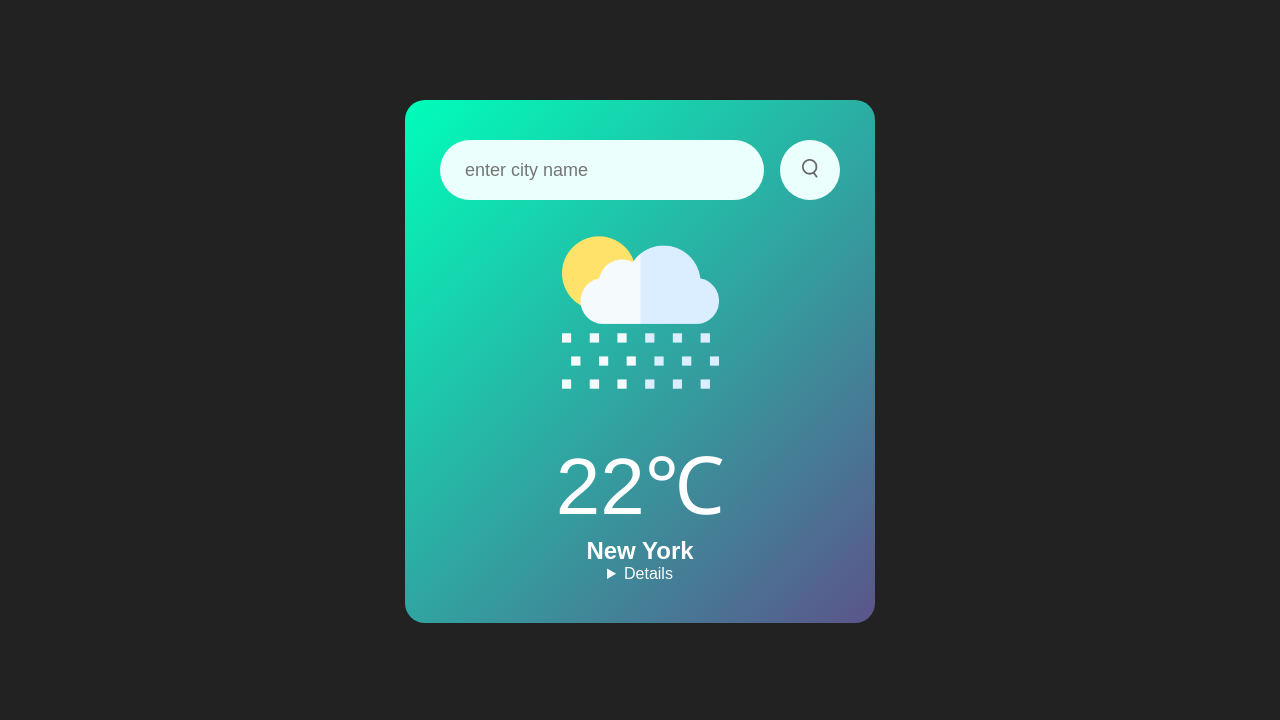
Repository: Alphosmart/weather
Page: index.html
The author's editor kept a copy of each file at every save. The page is drawn from the files as they stood at one save, then again after the next save.
The browser window is 1280 px wide. The pictures show the whole page.

Above is the page before, as saved 2024-07-17 16:41:39.

After the next save:
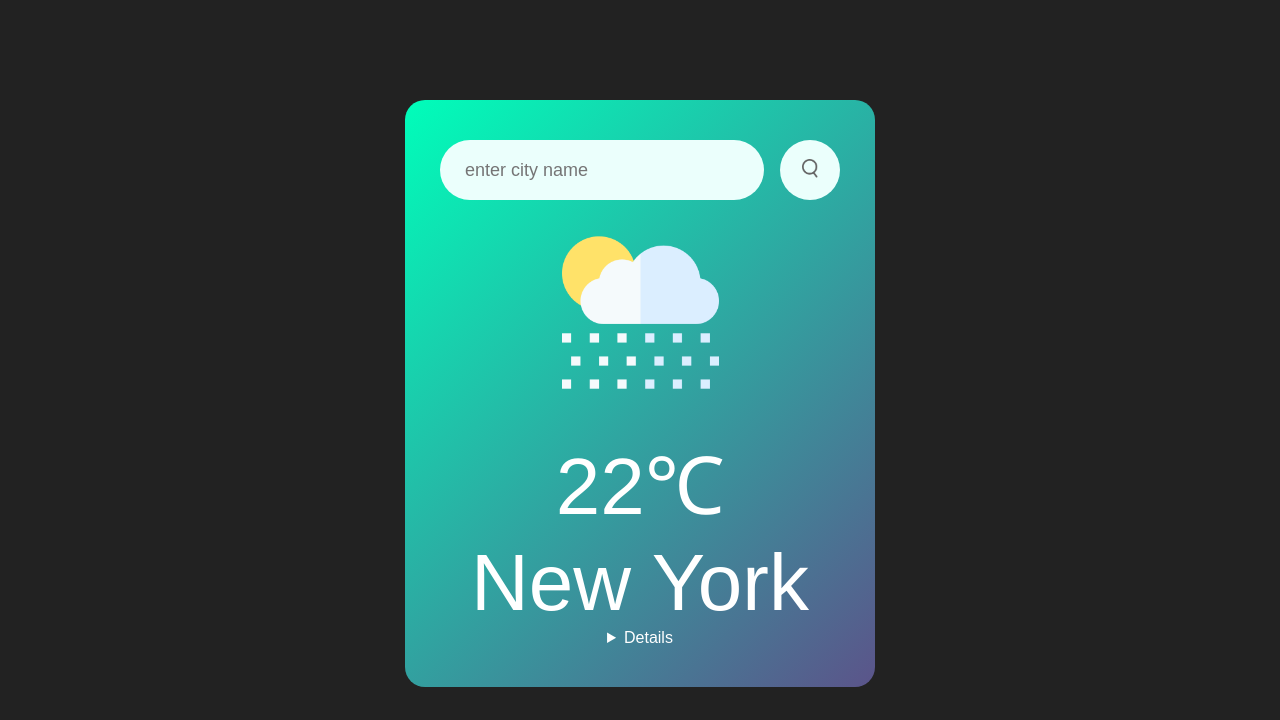
Saved 16 s later.
--- a/style.css
+++ b/style.css
@@ -63,3 +63,8 @@ body {
   font-size: 80px;
   font-weight: 500;
 }
+
+.weather h2 {
+  font-size: 80px;
+  font-weight: 500;
+}
